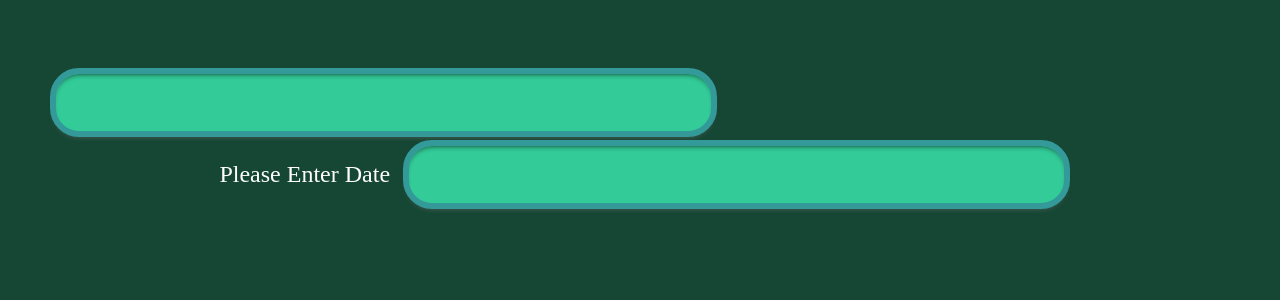
Repository: prajaktamore/Web-Based-Programming-3
Page: http://localhost/BinaryCalculator/Retention.jsp
These files come from the project's save history. The page is drawn as it stood at one moment and after the next save; the edit follows.
The browser window is 1280 px wide. The pictures show the whole page.
The page is served by Tomcat 9.

Above is the page before, as saved 2014-05-03 07:33:18.

After the next save:
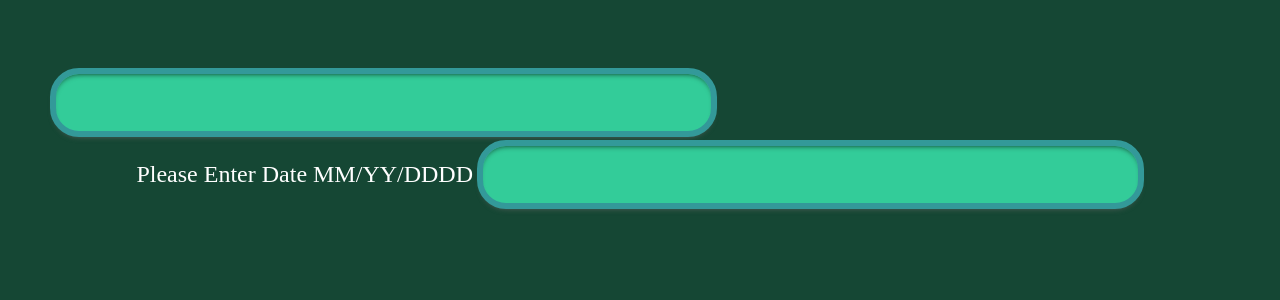
Saved 13 s later.
--- a/BinaryCalculator/WebContent/Retention.jsp
+++ b/BinaryCalculator/WebContent/Retention.jsp
@@ -57,7 +57,7 @@ function validateform1() {
   <table width="page" align="center" >
 
 					<tr>
-					  <td height="40" align="center"> <label style="color:#ffffff;font-size:24px" >Please Enter Date</label> </td>
+					  <td height="40" align="center"> <label style="color:#ffffff;font-size:24px" >Please Enter Date MM/YY/DDDD</label> </td>
              			 <td align="center"> <input id="r1" name="r1" type="text" style ="background: #33CC99; height:55px; width: 600px;text-align:right;font-size:35px; border-radius: 2em; border:6px solid #339999;border-radius:29px; color: #fff; padding-left: 1.5em; outline: none; box-shadow: 0 4px 6px -5px hsl(0, 0%, 40%), inset 0px 4px 6px -5px hsl(0, 0%, 2%)"/></td>
  					</tr>
   					<tr>
